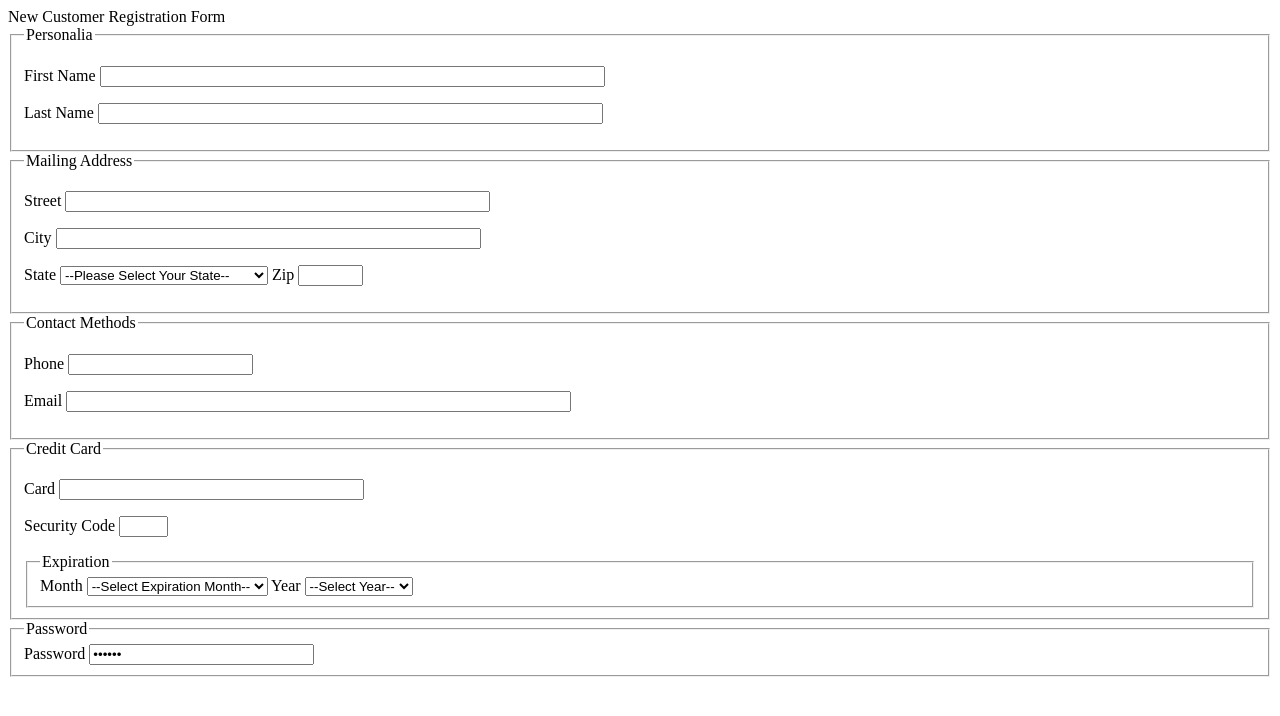
Repository: banjilawal/htdocs
Page: http://localhost/controls/new_customer-form.php
These files come from the project's save history. The page is drawn as it stood at one moment and after the next save; the edit follows.
The browser window is 1280 px wide. The pictures show the whole page.
The page is run by PHP 8.4 with error messages shown; the project is at /var/www/html/.

Above is the page before, as saved 2022-03-27 00:03:14.

After the next save:
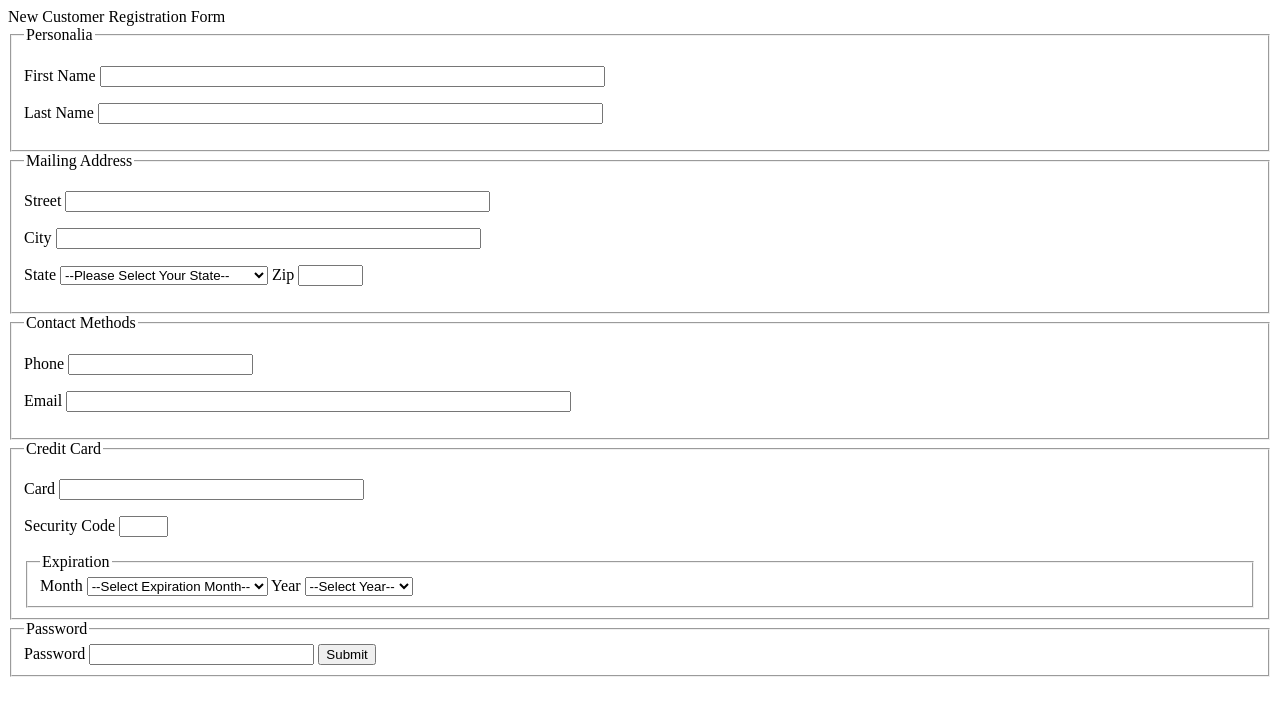
Saved 2 s later.
--- a/shop-0.01/controls/new_customer-form.php
+++ b/shop-0.01/controls/new_customer-form.php
@@ -179,7 +179,7 @@
 
         <fieldset><legend>Password</legend>
             <label for="password">Password</label>
-            <input type="password" minlength="8" maxlength="15" size="25
+            <input type="password" minlength="8" maxlength="15" size="25"
 
         </fieldset>
 
